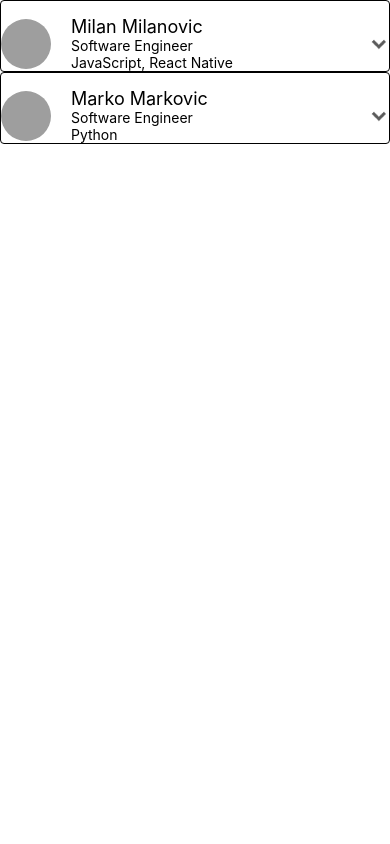
Repository: likanbl/intern-feature
Screen: /
An editor plug-in stored every save of this project. The screen is shown before and after the next save, followed by the edit.
Pictures or frames that could not be fetched are drawn as grey boxes. The app was drawn by React Native's web renderer in a window 390 px wide. The project was rebuilt for these pictures with package versions that can differ from the ones it lists, and the page was loaded fresh each time.

Above is the screen before, as saved 2019-09-16 09:30:36.

### App.js
/**
 * Sample React Native App
 * https://github.com/facebook/react-native
 *
 * @format
 * @flow
 */

import React, {Component} from 'react';

import Home from './src/components/home/Home';

export default class App extends Component {
  render() {
    return <Home></Home>;
  }
}

### src/components/home/Home.js
import React, {Component} from 'react';
import {View, FlatList, Text, StyleSheet} from 'react-native';
import {Card} from 'react-native-elements';
import {HomeItem} from './HomeItem';

const Data = [
  {
    Name: 'Milan Milanovic',
    role: 'Software Engineer',
    skills: 'JavaScript, React Native',
    additionalInfo: 'Milan Milanovic description',
  },
  {
    Name: 'Marko Markovic',
    role: 'Software Engineer',
    skills: 'Python',
    additionalInfo: 'Marko Markovic description',
  },
];
export default class Home extends Component {
  renderItem = ({item}) => <HomeItem item={item} />;

  render() {
    return (
      <View>
        <FlatList
          data={Data}
          renderItem={this.renderItem}
          keyExtractor={Data.id}
        />
      </View>
    );
  }
}

### src/components/home/HomeItem.js
import React, {Component} from 'react';
import {
  View,
  Text,
  Image,
  TouchableWithoutFeedback,
  StyleSheet,
} from 'react-native';
import PropTypes from 'prop-types';
import {images} from '../../assets/images';
import {Avatar} from 'react-native-elements';
import styles from './styles';

const propTypes = {
  item: PropTypes.object,
};

class HomeItem extends Component {
  state = {
    isSelected: false,
  };

  onPress = () => {
    this.setState((prevState, prevProps) => ({
      isSelected: !prevState.isSelected,
    }));
  };

  renderDetails = () => (
    <View style={styles.titleContainer}>
      <Text style={styles.description}>{this.props.item.additionalInfo}</Text>
    </View>
  );

  render() {
    const {isSelected} = this.state;
    return (
      <View style={styles.container}>
        <TouchableWithoutFeedback onPress={this.onPress}>
          <View style={styles.titleContainer}>
            <View>
              <Avatar
                size="medium"
                rounded
                source={{
                  uri:
                    'https://s3.amazonaws.com/uifaces/faces/twitter/ladylexy/128.jpg',
                }}
              />
            </View>
            <View style={styles.nameRole}>
              <Text style={styles.title}>{this.props.item.Name}</Text>
              <Text style={styles.role}>{this.props.item.role}</Text>
              <Text style={styles.role}>{this.props.item.skills}</Text>
            </View>
            <Image
              source={isSelected ? images.close : images.expand}
              style={styles.image}
            />
          </View>
        </TouchableWithoutFeedback>
        {isSelected && this.renderDetails()}
      </View>
    );
  }
}
HomeItem.propTypes = propTypes;

export {HomeItem};

### src/assets/images.js
export const images = {
  expand: require('../../resources/expand.png'),
  close: require('../../resources/close.png'),
};

### src/components/home/styles.js
import {StyleSheet} from 'react-native';

export default StyleSheet.create({
  container: {
    flex: 1,
    flexDirection: 'column',
    elevation: 2,
    paddingTop: 15,
    borderRadius: 4,
    borderWidth: 1,
  },
  avatarContainer: {
    flex: 1,
    alignItems: 'flex-start',
    justifyContent: 'center',
  },
  nameRole: {
    flex: 2,
    alignItems: 'flex-start',
    justifyContent: 'center',
    marginLeft: 20,
  },

  titleContainer: {
    flexDirection: 'row',
    justifyContent: 'space-around',
    alignItems: 'center',
  },
  title: {
    flex: 1,
    fontSize: 18,
  },
  role: {
    flex: 1,
    fontSize: 14,
  },
  description: {
    flex: 1,
    fontSize: 22,
    color: 'gray',
    paddingTop: 10,
  },
  image: {
    width: 20,
    height: 20,
  },
});

After the next save:
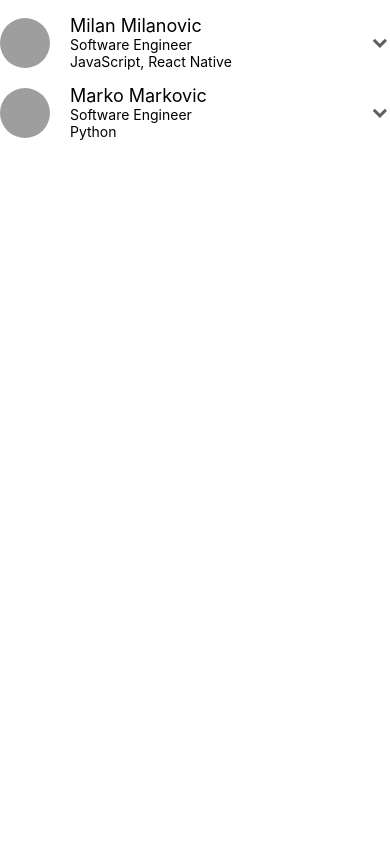
Saved 27 s later.
--- a/src/components/home/styles.js
+++ b/src/components/home/styles.js
@@ -7,7 +7,6 @@ export default StyleSheet.create({
     elevation: 2,
     paddingTop: 15,
     borderRadius: 4,
-    borderWidth: 1,
   },
   avatarContainer: {
     flex: 1,
